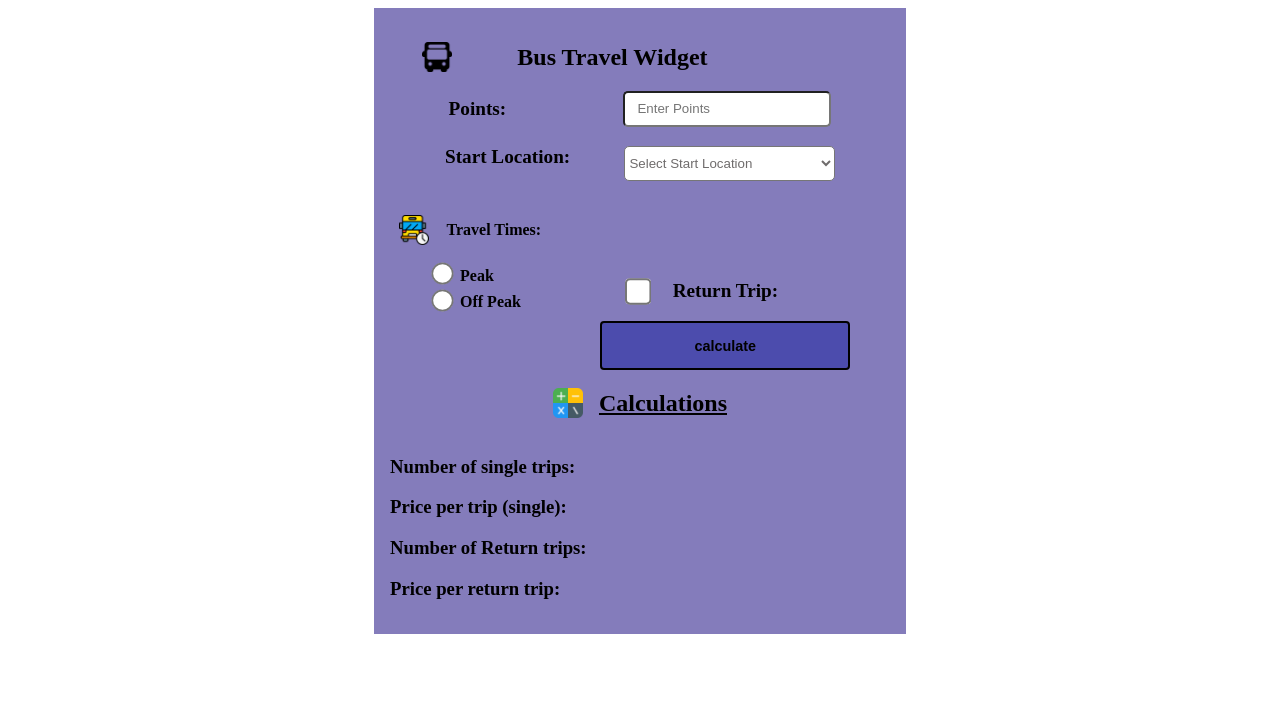
Repository: lasity34/bus_travel
Page: index.html
These files come from the project's save history. The page is drawn as it stood at one moment and after the next save; the edit follows.
The browser window is 1280 px wide. The pictures show the whole page.

Above is the page before, as saved 2023-05-31 12:17:37.

### index.html
<!DOCTYPE html>
<html lang="en">
  <head>
    <meta charset="UTF-8" />
    <meta http-equiv="X-UA-Compatible" content="IE=edge" />
    <meta name="viewport" content="width=device-width, initial-scale=1.0" />
    <link href="./style.css" rel="stylesheet" />
    <title>Bus travel</title>
  </head>
  <body>
    <div class="widget_container">
      <header>
        <img src="./images/bus.png" width="30" height="30" />
        <h2>Bus Travel Widget</h2>
      </header>
      <section>
        <div class="points_container">
          <label for="points">Points:</label>
          <input
            type="number"
            name="points"
            id="points"
            placeholder="Enter Points"
          />
        </div>
        <div class="start_location_container">
          <label for="dropdown">Start Location:</label>
          <select id="dropdown" name="dropdown">
            <option value="select_location">Select Start Location</option>
            <option value="atlantis">Atlantis</option>
            <option value="pinelands">Pinelands</option>
            <option value="milnerton">Milnerton</option>
          </select>
        </div>
      </section>
      <section class="calculate_container">
        <div class="calculate_title">
          <img src="./images/bus_time.png" width="30" height="30" />
          <h4>Travel Times:</h4>
        </div>
        <div class="input_container">
          <div class="calculate_input">
            <input type="radio" id="peak" name="time" value="peak" />
            <label for="peak">Peak</label><br />
            <input type="radio" id="off-peak" name="time" value="off-peak" />
            <label for="off-peak">Off Peak</label><br />
          </div>
          <div class="check_calculate">
            <div class="check_box">
              <input type="checkbox" name="return" />
              <h4>Return Trip:</h4>
            </div>
            <button class="calculate_btn">calculate</button>
          </div>
        </div>
      </section>
      <section class="display_container">
        <div class="display_title">
          <img src="./images/calculator.png" width="30" height="30" />
          <h2>Calculations</h2>
        </div>
        <div>
          <div class="calculation_display">
            <h3>Number of single trips:</h3>
            <span></span>
          </div>
          <div class="calculation_display">
            <h3>Price per trip (single):</h3>
            <span></span>
          </div>
          <div class="calculation_display">
            <h3>Number of Return trips:</h3>
            <span></span>
          </div>
          <div class="calculation_display">
            <h3>Price per return trip:</h3>
            <span></span>
          </div>
        </div>
      </section>

      <script src="./bus_travel_factory.js"></script>
      <script src="./bus_travel.js"></script>
    </div>
  </body>
</html>

### style.css


.widget_container {
   margin: 0 auto;
   display: flex;
   flex-direction: column;
   justify-content: center;
    background-color: rgb(132, 124, 187);
    width: 70%;
    max-width: 500px;
    font-weight: bold;
    padding: 1em;
}

header {
    display: flex;
    align-items: center;
    justify-content: space-around;
    width: 70%;
}

.points_container  {
    display: flex;
    width: 100%;
    justify-content: space-around;
    align-items: center;
}

.points_container label {
    font-size: 1.2rem;
}

.points_container input {
    border-radius: 5px;
    height: 30px;
    text-indent: 10px;
    width: 40%;
}

input[type='number']::-webkit-inner-spin-button,
input[type='number']::-webkit-outer-spin-button {
    -webkit-appearance: none;
    margin: 0;
}

input[type='number'] {
    -moz-appearance: textfield;
}

.start_location_container {
    padding: 1em 0;
    display: flex;
    margin: 0 auto;
    justify-content: space-between;
    width: 78%;
    font-size: 1.2rem;
    max-width: 500px;
}

select {
    background-color: white;
    width: 54%;
    height: 35px;
    border-radius: 5px;
    color: rgb(111, 108, 108);
}

option {
    font-weight: lighter;

}

button {
    background-color: #4c4cad; /* Dark Blue */
    border: 2px solid black;
    color: black;
    text-align: center;
    display: inline-block;
    font-size: 0.9rem;
    font-weight: 700;
    transition-duration: 0.4s;
    cursor: pointer;
    padding: 1em;
    border-radius: 4px;
    width: 100%;
    margin: 0 auto;
  }

  button:hover {
    background-color: #0000FF; /* Blue */
    color: white;
  }

  .calculate_title {
    display: flex;
    width: 32%;
    justify-content: space-around;
    align-content: center;
  }

  .calculate_title img {
    align-self: center;
  }

  input[type="radio"], input[type="checkbox"] {
    transform: scale(1.7); /* Adjust the scale factor as needed */
    margin: 0.5em;
}

input[type="checkbox"] {
    border: 1px solid black;
}

.input_container {
    display: flex;
    justify-content: space-around;
}

.check_calculate {
    width: 50%;
}

.check_box {
    display: flex;
    justify-content: center;
    width: 80%;
    transform: scale(1.2)
}

.check_box h4 {
    margin-left: 1em;
}


.display_title {
    display: flex;
    justify-content: center;
}

.display_title img {
    align-self: center;
    margin-right: 1em;
}

.display_title h2 {
    text-decoration: underline;
}

### bus_travel_factory.js
// create input for points
// create function for bus location
// create function for peak times
//  need to calculate how many single trips
// need to calculate cost for single trip
//  need to calculate return trip
// need calculate how many return trips

function bus_travel_factory() {

    let points = 0
    let location = "";
    let peak = false
    let number_of_trips = 0

    function points_input(input) {
        points = input
    }

    function peak_times(input) {
        if (input === 'peak') {
           peak = true
        } else if (input === 'off-peak') {
            peak = false
        }
       }


    function bus_location(input) {
        let reduction
        if (input === "milnerton") {
            location = "milnerton"
            reduction = 20
        } else if (input === "atlantis") {
            location = 'atlantis'
            reduction = 30
        } else if (input === 'pinelands') {
            location = 'pinelands'
            reduction = 15
        } else if (input === 'select_location') {
            location = 'select_location'
        }

        if (peak) {
            reduction = reduction * 1.25
        }
        console.log(reduction)
        number_of_trips = Math.floor(points / reduction)

    }





    function points_value() {
        return points
    }

    function location_return() {
        return location
    }

    function number_trips() {
        return number_of_trips
    }


    return {
        points_input,
        points_value,
        bus_location,
        location_return,
        peak_times,
        number_trips
    }
}

### bus_travel.js

const points_value = document.querySelector("#points").value
const calculate_btn = document.querySelector(".calculate_btn")
const location_select = document.querySelector("#dropdown")

const bus_instance = bus_travel_factory()

function bus_travel() {

    bus_instance.points_input(points_value)
}

function bus_location() {
    const selected_value = this.value
    bus_instance.bus_location(selected_value)
}

location_select.addEventListener("change", bus_location)


calculate_btn.addEventListener("click", bus_travel)

After the next save:
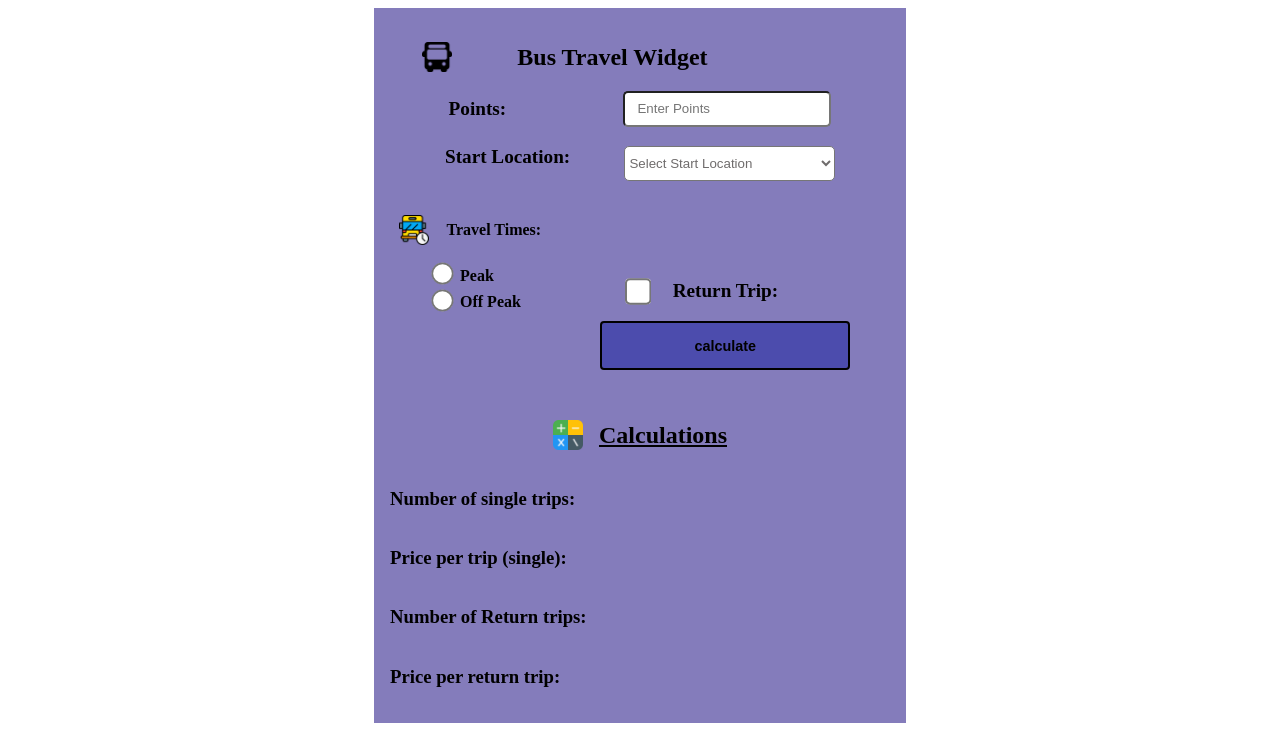
Saved 79 s later.
--- a/style.css
+++ b/style.css
@@ -135,6 +135,7 @@ input[type="checkbox"] {
 .display_title {
     display: flex;
     justify-content: center;
+    margin-top: 2em;
 }
 
 .display_title img {
@@ -145,3 +146,8 @@ input[type="checkbox"] {
 .display_title h2 {
     text-decoration: underline;
 }
+
+.calculation_display {
+    display: flex;
+    justify-content: space-between;
+}
